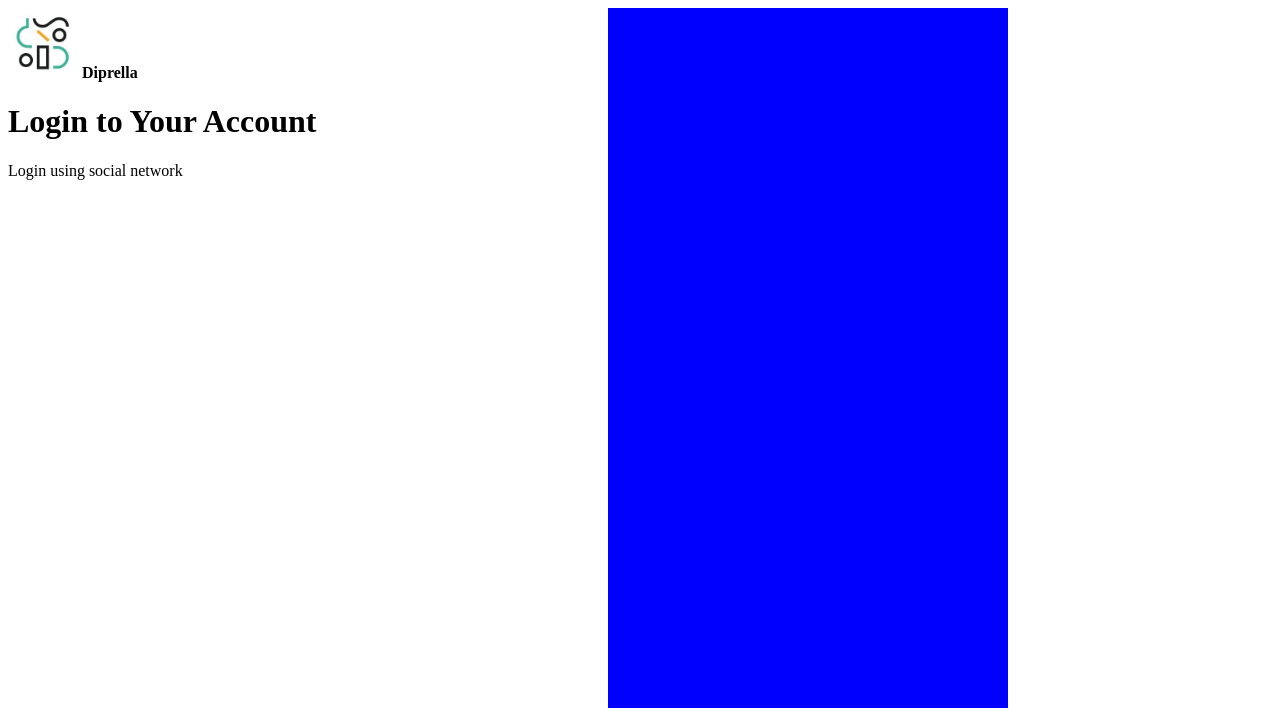
Repository: Tobby004/bdc-assignment-3
Page: task.html
These files come from the project's save history. The page is drawn as it stood at one moment and after the next save; the edit follows.
The browser window is 1280 px wide. The pictures show the whole page.

Above is the page before, as saved 2023-02-21 08:36:25.

After the next save:
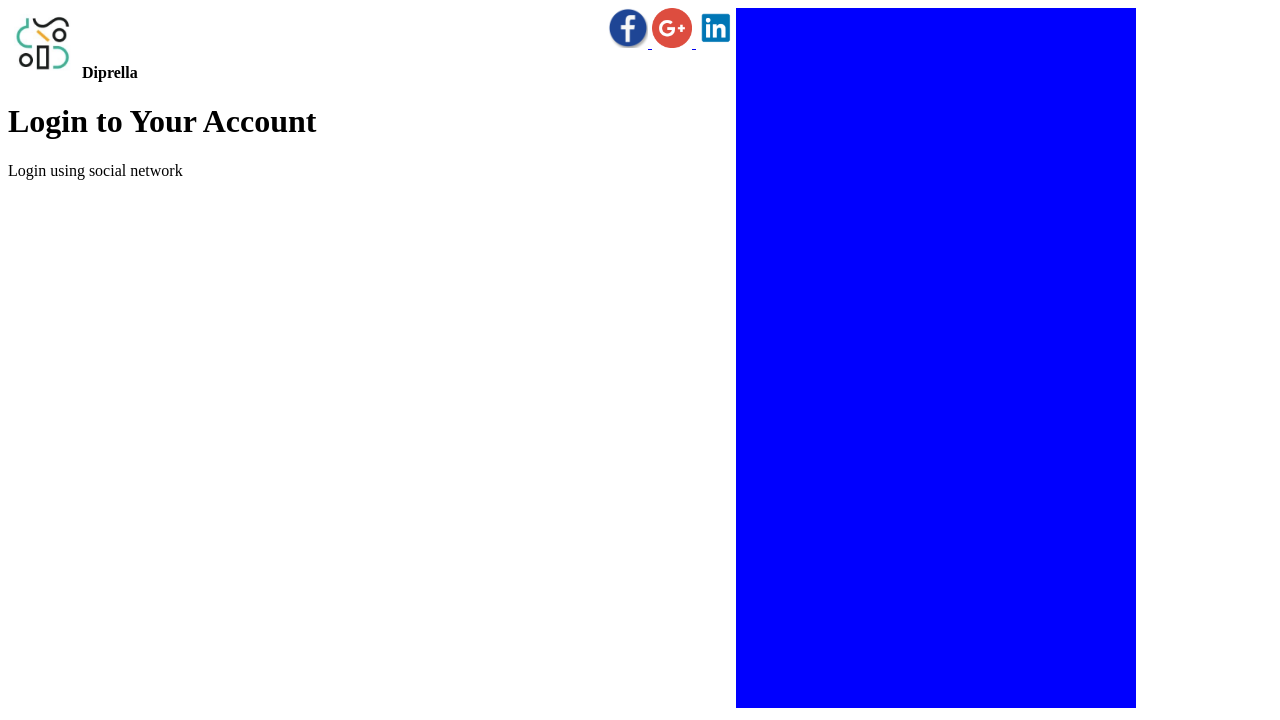
Saved 12 min 22 s later.
--- a/task.html
+++ b/task.html
@@ -15,6 +15,11 @@
       <h1>Login to Your Account</h1>
       <p>Login using social network</p>
         </div>
+        <div class="logo">
+            <a href="#"><img src="facebook.png"</href>
+            <a href="#"><img src="googe plus.png"</href>
+            <a href="#"><img src="linkedin.png"</href>
+        </div>
 
         <div class="box2">
 
--- a/task.css
+++ b/task.css
@@ -22,3 +22,6 @@ header img {
 div b {
     color: black;
 }
+div a img {
+    height: 40px;
+}
